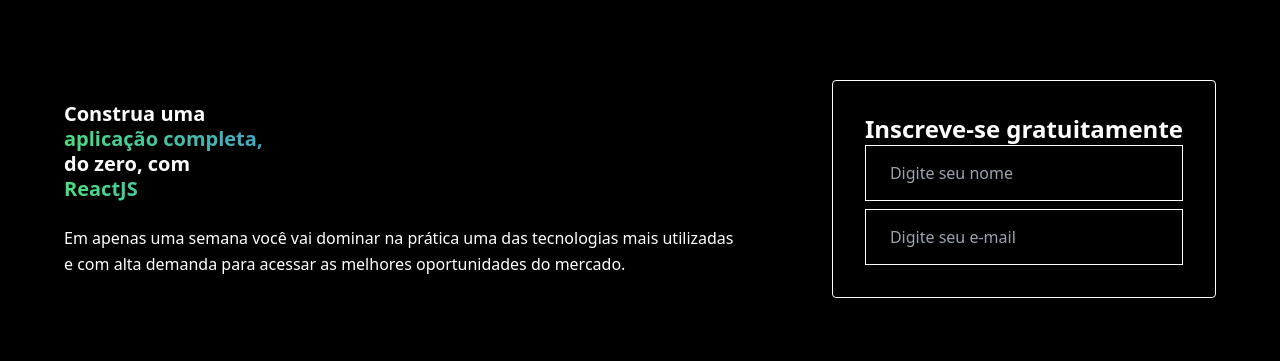
Repository: LuisSempre/Ignite-Lab---ReactJs-2022
Page: /
An editor plug-in stored every save of this project. The page is shown before and after the next save, followed by the edit.
The browser window is 1280 px wide. The pictures show the whole page.
The project was rebuilt for these pictures with package versions that can differ from the ones it lists, and the page was loaded fresh each time. Also part of the build but not shown: vite.config.ts, components/Header.tsx, components/Lesson.tsx, components/Sidebar.tsx, pages/Event.tsx. Imported but missing from the stored project, and not drawn on this page: components/Video.

Above is the page before, as saved 2022-06-24 23:53:57.

After the next save:
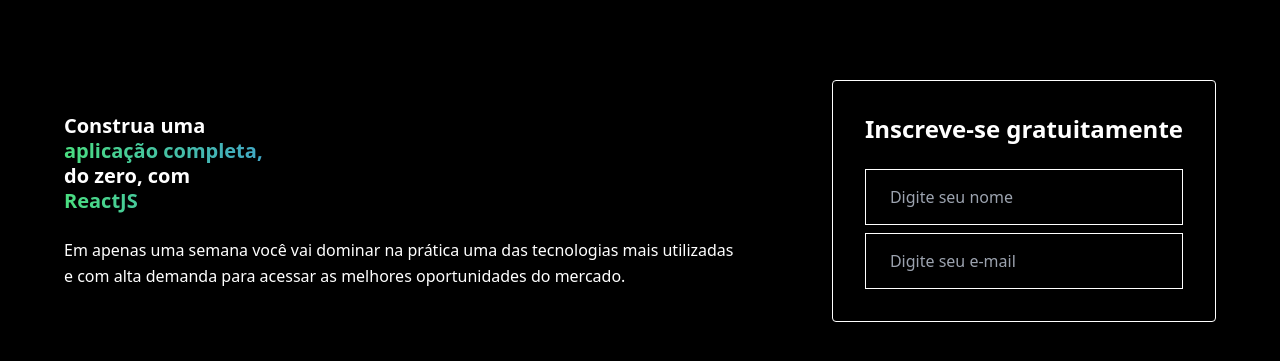
Saved 10 s later.
--- a/pages/Subscribe.tsx
+++ b/pages/Subscribe.tsx
@@ -19,7 +19,7 @@
                     </p>
                 </div>
                 <div className="p-8 border border-white rounded">
-                    <strong className="text-2xl">Inscreve-se gratuitamente</strong>
+                    <strong className="block mb-6 text-2xl">Inscreve-se gratuitamente</strong>
                     <form action="" className="flex flex-col w-full gap-2">
                         <input className="px-6 bg-black border border-white h-14" type="text" placeholder="Digite seu nome"/>
                         <input className="px-6 bg-black border border-white h-14" type="text" placeholder="Digite seu e-mail"/>
